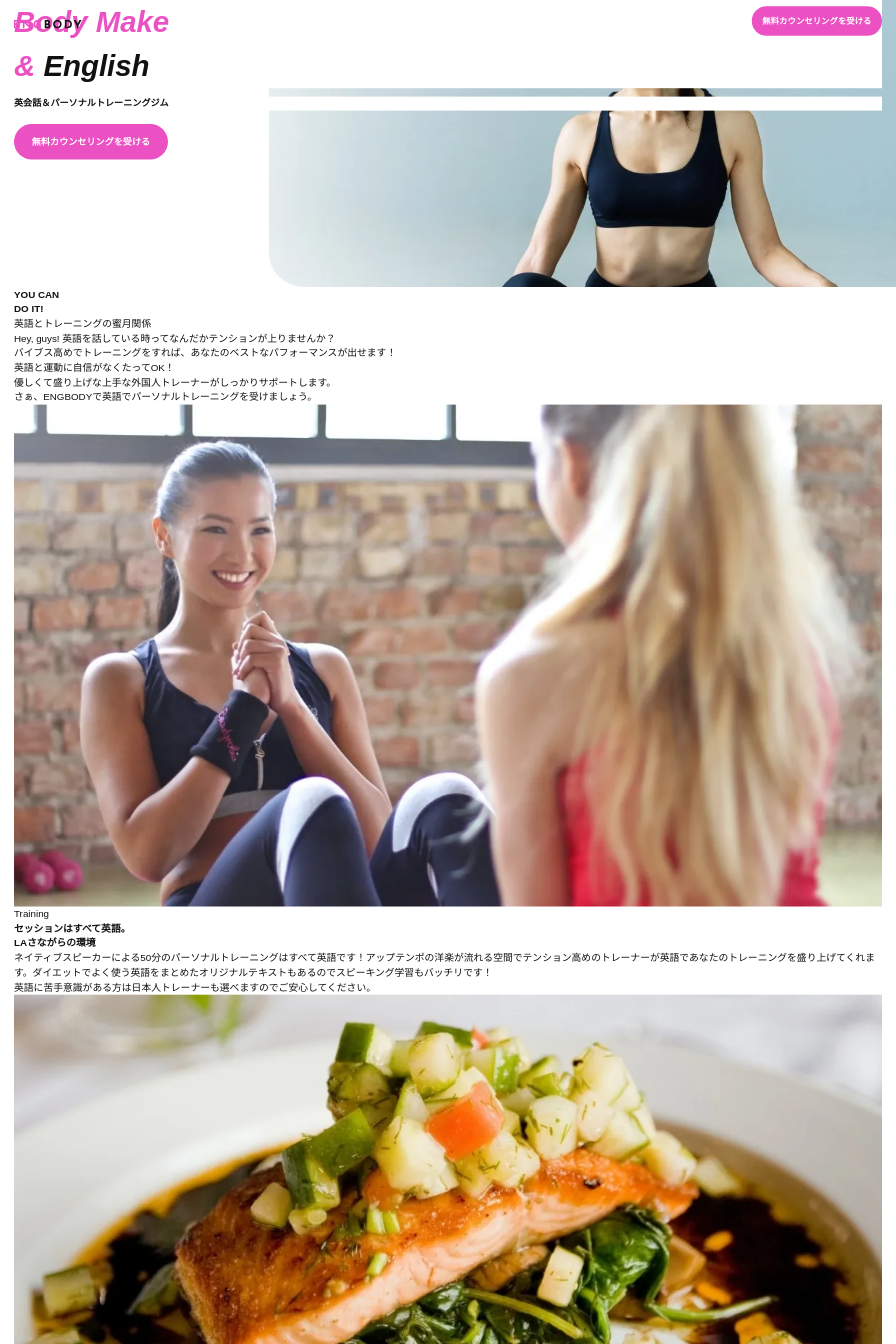
Repository: tetishi/engbody
Page: index.html
The author's editor kept a copy of each file at every save. The page is drawn from the files as they stood at one save, then again after the next save.
The browser window is 1280 px wide. The pictures show the part of the page from y = 0 to 1920 px (the page is 12355 px tall), at 70% of full size.
The style sheet was rebuilt from its Sass, Less or Tailwind sources for each picture, by a compiler version that may differ from the author's.

Above is the page before, as saved 2023-07-26 12:04:10.

### index.html
<!DOCTYPE html>
<html lang="en">
<head>
    <meta charset="UTF-8">
    <meta name="viewport" content="width=device-width, initial-scale=1.0">
    <title>ENGBODY</title>
    <link href="https://fonts.googleapis.com/css2?family=Josefin+Sans:ital,wght@0,400;0,700;1,400;1,700&display=swap" rel="stylesheet">
    <link rel="stylesheet" href="./css/reset.css">
    <link rel="stylesheet" href="./css/style.css">
</head>
<body>
    <header class="header">
        <div class="header-inner">
            <h2 class="nav-title">
                <a href="#">
                    <img src="img/engbody.svg" alt="ENGBODY">
                </a>
            </h2>
            <nav class="header-nav">
                <div class="counseling-btn-top">
                    <a href="#">無料カウンセリングを受ける</a>
                </div>
            </nav>
        </div>
    </header>

    <main>
        <!-- fv -->
        <div class="fv">
            <div class="fv-img"></div>
            <div class="section-inner">
                <h2 class="page-title">
                    <span>Body Make</span><br>
                    <span></span><span>&</span> English
                </h2>
                <div class="page-title-bottom">
                    英会話＆パーソナルトレーニングジム
                </div>
                <div class="counseling-btn">
                    <a href="#">無料カウンセリングを受ける</a>
                </div>
            </div>
        </div>

        <section id="concept" class="section-wrapper">
            <div class="section-outer">
                <div class="section-inner">
                    <h2 class="catchphrase">
                        YOU CAN<br class="sp">
                        DO IT!
                    </h2>
                    <p class="section-under-title">
                        英語とトレーニングの<span class="phrase">蜜月関係</span>
                    </p>
                    <p class="concept-text">
                        Hey, guys! 英語を話している時ってなんだかテンションが上りませんか？<br>
                        バイブス高めでトレーニングをすれば、あなたのベストなパフォーマンスが出せます！<br>
                        英語と運動に自信がなくたってOK！<br>
                        優しくて盛り上げな上手な外国人トレーナーがしっかりサポートします。<br>
                        さぁ、ENGBODYで英語でパーソナルトレーニングを受けましょう。
                    </p>
                    <div class="training-box">
                        <div class="training-img">
                            <picture>
                                <source srcset="img/training.webp" type="image/webp">
                                <img src="img/training.jpg" alt="外国人のパーソナルトレーナーがお客様に英語とトレーニングをサポートしている様子">
                            </picture>
                        </div>
                        <div class="training-text">
                            <p class="training-top">
                                Training
                            </p>
                            <h3 class="training-title">
                                セッションはすべて英語。<br>
                                LAさながらの環境
                            </h3>
                            <p class="training-description">
                                ネイティブスピーカーによる50分のパーソナルトレーニングはすべて英語です！アップテンポの洋楽が流れる空間でテンション高めのトレーナーが英語であなたのトレーニングを盛り上げてくれます。ダイエットでよく使う英語をまとめたオリジナルテキストもあるのでスピーキング学習もバッチリです！<br>
                                英語に苦手意識がある方は日本人トレーナーも選べますのでご安心してください。
                            </p>
                        </div>
                    </div>
                    <div class="food-box">
                        <div class="food-img">
                            <picture>
                                <source srcset="img/food.webp" type="image/webp">
                                <img src="img/food.jpg" alt="低糖質レストラン『LCR』の魚と野菜の盛り合わせメニューの写真">
                            </picture>
                        </div>
                        <div class="food-text">
                            <p class="food-top">
                                Food
                            </p>
                            <h3 class="food-title">
                                低糖質レストランを完備！<br>
                                美味しく食べてダイエット
                            </h3>
                            <p class="food-description">
                                食事制限って大変ですよね......。でも大丈夫！ENGBODY館内には低糖質レストラン『LCR』を完備しています。Low carb（低糖質）なのにとっても美味しい味に驚くはずです！メニューも豊富で飽きさせません。美味しく食べてしっかり痩せる！しかも英語力もアップ！それがENGBODYなのです。
                            </p>
                        </div>
                    </div>
                    <div class="counseling-btn">
                        <a href="#">無料カウンセリングを受ける</a>
                    </div>
                </div>
            </div>

        </section>

        <section class="section-wrapper">
            <div class="section-outer">
                <div class="section-inner">
                    <h2 class="section-title">
                        Our Trainer
                        <span>トレーナー</span>
                    </h2>
                    <div class="select-option">
                        <p class="trainer">
                            トレーナー
                        </p>
                        <p class="staff">
                            スタッフ
                        </p>
                    </div>
                    <ul class="trainer-list">
                        <li class="trainer-item">
                            <picture>
                                <source srcset="img/trainer01.webp" type="image/webp">
                                <img src="img/trainer01.jpg" alt="日本人女性のトレーナーの写真">
                            </picture>
                            <p class="trainer-greeting">
                                こんにちは！英語で楽しくトレーニングしましょう。日本語が話せますのでご安心ください。
                            </p>
                        </li>
                        <li class="trainer-item">
                            <picture>
                                <source srcset="img/trainer02.webp" type="image/webp">
                                <img src="img/trainer02.jpg" alt="外国人女性のトレーナーの写真">
                            </picture>
                            <p class="trainer-greeting">
                                Hello! 筋肉をつけすぎずしなやかな体を作ることが得意です！美しさを磨いていきましょう。
                            </p>
                        </li>
                        <li class="trainer-item">
                            <picture>
                                <source srcset="img/trainer03.webp" type="image/webp">
                                <img src="img/trainer03.jpg" alt="外国人男性のトレーナーの写真">
                            </picture>
                            <p class="trainer-greeting">
                                Hi, 負荷や強度の高いトレーニングがしたいならおまかせてください！どんなご要望もできるかぎり叶えますよ！
                            </p>
                        </li>
                    </ul>
                    <ul class="staff-list">
                        <li class="staff-item">
                            <picture>
                                <source srcset="img/staff01.webp" type="image/webp">
                                <img src="img/staff01.jpg" alt="日本人女性スタッフの写真">
                            </picture>
                            <p class="staff-greeting">
                                ENBODYは明るくてとっても楽しいジムです！みなさんのセッションが楽しくなるようしっかりサポートいたします。
                            </p>
                        </li>
                        <li class="staff-item">
                            <picture>
                                <source srcset="img/staff02.webp" type="image/webp">
                                <img src="img/staff02.jpg" alt="外国人男性スタッフの写真">
                            </picture>
                            <p class="staff-greeting">
                                Hi, please let me know anytime if you have any questions. We will fully support you!
                            </p>
                        </li>
                    </ul>
                </div>
            </div>
        </section>

        <section class="section-wrapper">
            <div class="section-outer">
                <div class="section-inner">
                    <h2 class="section-title">
                        Studio
                        <span>スタジオ</span>
                    </h2>
                    <div class="slide-image">
                        <picture>
                            <source srcset="img/studio01.webp" type="image/webp">
                            <img src="img/studio01.jpg" alt="後ろ姿の女性がトレーニング器具に座って、ダンベルを両手に持ち上げて、スタジオでトレーニングしている写真">
                        </picture>
                        <picture>
                            <source srcset="img/studio02.webp" type="image/webp">
                            <img src="img/studio02.jpg" alt="正面を向いた女性がトレーニング器具に座って、腕を上げてスタジオでトレーニングしている写真">
                        </picture>
                        <picture>
                            <source srcset="img/studio03.webp" type="image/webp">
                            <img src="img/studio03.jpg" alt="後ろ姿の男性がスタジオでバーベルを持ってウエイトトレーニングをしている写真">
                        </picture>
                    </div>
                </div>
            </div>
        </section>

        <section class="section-wrapper">
            <div class="section-outer">
                <div class="section-inner">
                    <h2 class="section-title">
                        Price
                        <span>料金</span>
                    </h2>
                    <ul class="price-list">
                        <li class="price-item">
                            <div class="price-box">
                                <p class="course">
                                    週１コース
                                </p>
                                <h3 class="course-price">
                                    ¥20,000
                                </h3>
                                <p class="admission-fee">
                                    （入会金 ¥10000）
                                </p>
                            </div>
                            <div class="rental-box">
                                <p class="course-top">
                                    レンタル
                                </p>
                                <p class="course-text">
                                    タオル、ウェア、プロテイン無料
                                </p>
                            </div>
                            <div class="restaurant-box">
                                <p class="course-top">
                                    レストラン
                                </p>
                                <p class="course-text">
                                    使用不可
                                </p>
                            </div>
                            <div class="diet-box">
                                <p class="course-top">
                                    食事指導
                                </p>
                                <p class="course-text">
                                    無し
                                </p>
                            </div>
                        </li>
                        <li class="price-item">
                            <p class="recommend">
                                オススメ！
                            </p>
                            <div class="price-box">
                                <p class="course">
                                    週２コース
                                </p>
                                <h3 class="course-price">
                                    ¥40,000
                                </h3>
                                <p class="admission-fee">
                                    （入会金 ¥10000）
                                </p>
                            </div>
                            <div class="rental-box">
                                <p class="course-top">
                                    レンタル
                                </p>
                                <p class="course-text">
                                    タオル、ウェア、プロテイン無料
                                </p>
                            </div>
                            <div class="restaurant-box">
                                <p class="course-top">
                                    レストラン
                                </p>
                                <p class="course-text">
                                    使用可
                                </p>
                            </div>
                            <div class="diet-box">
                                <p class="course-top">
                                    食事指導
                                </p>
                                <p class="course-text">
                                    有り
                                </p>
                            </div>
                        </li>
                        <li class="price-item">
                            <div class="price-box">
                                <p class="course">
                                    無制限
                                </p>
                                <h3 class="course-price">
                                    ¥70,000
                                </h3>
                                <p class="admission-fee">
                                    （入会金 ¥10000）
                                </p>
                            </div>
                            <div class="rental-box">
                                <p class="course-top">
                                    レンタル
                                </p>
                                <p class="course-text">
                                    タオル、ウェア、プロテイン無料
                                </p>
                            </div>
                            <div class="restaurant-box">
                                <p class="course-top">
                                    レストラン
                                </p>
                                <p class="course-text">
                                    使用可
                                </p>
                            </div>
                            <div class="diet-box">
                                <p class="course-top">
                                    食事指導
                                </p>
                                <p class="course-text">
                                    有り
                                </p>
                            </div>
                        </li>
                    </ul>
                </div>
            </div>
        </section>

        <section class="section-wrapper">
            <div class="section-outer">
                <div class="section-inner">
                    <h2 class="section-title">
                        FAQ
                        <span>よくあるご質問</span>
                    </h2>
                    <div class="faq-box">
                        <details class="faq-item">
                            <summary class="faq-top-text">
                                見学や体験は可能ですか？
                            </summary>
                            <p class="faq-bottom-text">
                                無料カウンセリングの際に見学が可能です。フォームに見学・体験希望の欄がございますので内容をご確認しチェックを入れてください。
                            </p>
                        </details>
                        <details class="faq-item">
                            <summary class="faq-top-text">
                                用意するものは何がありますか？
                            </summary>
                            <p class="faq-bottom-text">
                                シューズをご持参ください。ウェアとタオルは無料でレンタルが可能です。
                            </p>
                        </details>
                        <details class="faq-item">
                            <summary class="faq-top-text">
                                シャワールームはありますか？
                            </summary>
                            <p class="faq-bottom-text">
                                5つのシャワールームがございます。ボディソープ・シャンプー・リンスなどのアメニティやドライヤーもご用意しております。
                            </p>
                        </details>
                    </div>
                </div>
            </div>
        </section>

        <div class="free-counseling">
            <picture>
                <source srcset="img/sp_counseling_top.webp" type="image/webp">
                <img src="img/sp_counseling_top.jpg" alt="アジア人、黒人、白人の女性3人がトレーニングウェアを着て肩を組んで笑顔でこちらを見ている写真">
            </picture>
            <div class="counseling-container">
                <h3 class="invite-message">
                    Come join us!! 😊
                </h3>
                <div class="counseling-btn white">
                    <a href="#">無料カウンセリングを受ける</a>
                </div>
            </div>
        </div>

    </main>
    <footer class="footer">
        <div class="footer-text">
            ENGBODY
        </div>
    </footer>

    <a href="#" class="pagetop">
        <div class="pagetop-arrow">
            <i class="fas fa-angle-up"></i>
        </div>
    </a>
</body>
</html>

### css/reset.css
/*
html5doctor.com Reset Stylesheet
v1.6.1
Last Updated: 2010-09-17
Author: Richard Clark - http://richclarkdesign.com
Twitter: @rich_clark
*/

* {
    box-sizing: border-box;
}

html,
body,
div,
span,
object,
iframe,
h1,
h2,
h3,
h4,
h5,
h6,
p,
blockquote,
pre,
abbr,
address,
cite,
code,
del,
dfn,
em,
img,
ins,
kbd,
q,
samp,
small,
strong,
sub,
sup,
var,
b,
i,
dl,
dt,
dd,
ol,
ul,
li,
fieldset,
form,
label,
legend,
table,
caption,
tbody,
tfoot,
thead,
tr,
th,
td,
article,
aside,
canvas,
details,
figcaption,
figure,
footer,
header,
hgroup,
menu,
nav,
section,
summary,
time,
mark,
ruby,
audio,
video {
    margin: 0;
    padding: 0;
    border: 0;
    outline: 0;
    font-size: 100%;
    vertical-align: baseline;
    background: transparent;
}

body {
    line-height: 1.5;
}

img {
    width: 100%;
    height: auto;
    object-fit: cover;
}

button {
    background-color: transparent;
    border: none;
    cursor: pointer;
    outline: none;
    padding: 0;
    appearance: none;
}

article,
aside,
details,
figcaption,
figure,
footer,
header,
hgroup,
menu,
nav,
section {
    display: block;
}

nav ul {
    list-style: none;
}

li {
    list-style: none;
}

a {
    margin: 0;
    padding: 0;
    font-size: 100%;
    vertical-align: baseline;
    background: transparent;
}

input,
select {
    vertical-align: middle;
}

/*end reset css*/

### img/engbody.svg
<svg xmlns="http://www.w3.org/2000/svg" width="96.7" height="12.36" viewBox="0 0 96.697 12.356">
  <g id="Group_1" data-name="Group 1" transform="translate(-34.435 -35.05)">
    <path id="Path_13" data-name="Path 13" d="M-41.472-16.8a3.73,3.73,0,0,1,1.459,1.093,2.471,2.471,0,0,1,.524,1.559A2.878,2.878,0,0,1-40.674-11.6a5.1,5.1,0,0,1-2.957.814H-47.58V-22.2H-44.1a5.2,5.2,0,0,1,2.965.737,2.422,2.422,0,0,1,1.08,2.132,2.946,2.946,0,0,1-.371,1.5A2.77,2.77,0,0,1-41.472-16.8Zm-3.771-.729h1.418a1.3,1.3,0,0,0,1-.38,1.323,1.323,0,0,0,.355-.938,1.029,1.029,0,0,0-.4-.876,1.816,1.816,0,0,0-1.112-.3h-1.257Zm1.5,4.653a2.475,2.475,0,0,0,1.33-.318,1.051,1.051,0,0,0,.508-.954q0-1.21-2-1.21h-1.338v2.481Zm8.123-3.6a5.518,5.518,0,0,1,.814-2.9A6.036,6.036,0,0,1-32.6-21.521a5.975,5.975,0,0,1,3.022-.8,5.975,5.975,0,0,1,3.022.8,6.165,6.165,0,0,1,2.224,2.148,5.438,5.438,0,0,1,.83,2.9,5.413,5.413,0,0,1-.83,2.916,6.083,6.083,0,0,1-2.224,2.117,6.067,6.067,0,0,1-3.022.783,6.054,6.054,0,0,1-3.03-.783,5.973,5.973,0,0,1-2.2-2.117A5.493,5.493,0,0,1-35.622-16.473Zm2.417,0a3.551,3.551,0,0,0,.492,1.83,3.628,3.628,0,0,0,1.338,1.326,3.687,3.687,0,0,0,1.878.489,3.5,3.5,0,0,0,1.821-.489,3.517,3.517,0,0,0,1.289-1.318,3.68,3.68,0,0,0,.467-1.838,3.655,3.655,0,0,0-.483-1.861,3.6,3.6,0,0,0-1.313-1.326,3.57,3.57,0,0,0-1.845-.489,3.57,3.57,0,0,0-1.845.489,3.6,3.6,0,0,0-1.313,1.326A3.655,3.655,0,0,0-33.2-16.473ZM-18.909-22.2h3.546a7.413,7.413,0,0,1,3.739.845A5.2,5.2,0,0,1-9.49-19.164a6.36,6.36,0,0,1,.669,2.877,5.253,5.253,0,0,1-.806,2.9,5.34,5.34,0,0,1-2.168,1.931,6.641,6.641,0,0,1-2.99.675h-4.126Zm3.723,9.243a4.324,4.324,0,0,0,2.885-.9,3.2,3.2,0,0,0,1.064-2.59,3.609,3.609,0,0,0-.588-2.171A3.138,3.138,0,0,0-13.2-19.73a4.006,4.006,0,0,0-1.475-.31h-1.9v7.088ZM4.83-22.2.381-14.333v3.552H-1.955v-3.552L-6.323-22.2h2.885l2.724,5.273L1.945-22.2Z" transform="translate(126.302 57.708)" fill="#111"/>
    <path id="Path_14" data-name="Path 14" d="M-27.475-22.5v2.176h-5.753v2.44h5.093v2.176h-5.093v2.471h5.979v2.176h-8.316V-22.5Zm15.584,0v11.9h-.064l-8.3-7.227.048,6.761h-2.369V-22.95h.1l8.284,7.336-.048-6.885ZM3.049-12.211a3.177,3.177,0,0,1-.975.583,8.934,8.934,0,0,1-1.547.5,6.932,6.932,0,0,1-1.539.194,7.366,7.366,0,0,1-3.312-.707,5.264,5.264,0,0,1-2.2-1.958A5.311,5.311,0,0,1-7.3-16.454a6.568,6.568,0,0,1,.822-3.4,5.253,5.253,0,0,1,2.208-2.083,6.761,6.761,0,0,1,3.062-.692,8.506,8.506,0,0,1,2.031.233,7.636,7.636,0,0,1,1.676.606l-.757,2.1a5.979,5.979,0,0,0-1.281-.458A5.645,5.645,0,0,0-.9-20.355a4.244,4.244,0,0,0-2.957.933A3.556,3.556,0,0,0-4.88-16.656a3.356,3.356,0,0,0,.5,1.842,3.241,3.241,0,0,0,1.394,1.2,4.746,4.746,0,0,0,2.039.42,3.468,3.468,0,0,0,1.628-.3v-1.383H-1.367v-2.176H3.049Z" transform="translate(70 58)" fill="#eb51c2"/>
  </g>
</svg>

### css/style.scss
/* base */

html {
    font-size: 62.5%;
}
body {
    font-size: 1.4rem;
    font-family: 'Hiragino Sans', sans-serif;
    color: #111111;
}
h2 h3 {
    font-family: 'Josefin Sans', sans-serif;
}
img {
    vertical-align: bottom;
}
.section-inner {
    padding: 0 20px;
    // margin: 0 auto;
}
.section-title {
    font-size: 4rem;
    &:nth-of-type(2) {
        font-size: 3.2rem;
    }
    &:nth-of-type(odd) {
        color: #fff;
    }
    span {
        font-size: 1.4rem;
        margin-bottom: 30px;
        &:last-of-type {
            margin-bottom: 35px;
        }
    }
}
a {
    color: inherit;
    text-decoration: none;
}

// header
.header {
    position: fixed;
    width: 100%;
    top: 0;
    left: 0;
    z-index: 999;
}
.header-inner {
    display: flex;
    justify-content: space-between;
    align-items: center;
    height: 60px;
    padding: 0 20px;
}
.counseling-btn-top {
    font-weight: bold;
    color: #fff;
    font-size: 1.2rem;
    width: 186px;
    background-color: #EB51C2;
    text-align: center;
    vertical-align: middle;
    border-radius: 50px;
    padding: 12px 15px;
}

//fv
.fv {
    height: 410px;
    position: relative;
}
.fv-img {
    background-image: url(../img/bg_mv.webp);
    background-position: center;
    background-size: cover;
    background-repeat: no-repeat;
    border-radius: 0 0 0 50px;
    position: absolute;
    top: 0;
    right: 0;
    width: 70%;
    height: 410px;
    z-index: -1;
}
.page-title {
    font-size: 4.2rem;
    font-style: italic;
    background-color: #fff;
    span {
        color: #EB51C2;
    }
}
.page-title-bottom {
    font-size: 1.3rem;
    font-weight: bold;
    margin: 12px 0 19px;
    background-color: #fff;
}
.counseling-btn {
    font-weight: bold;
    color: #fff;
    font-size: 1.3rem;
    width: 220px;
    background-color: #EB51C2;
    text-align: center;
    vertical-align: middle;
    border-radius: 50px;
    padding: 16px 25px;
}

After the next save:
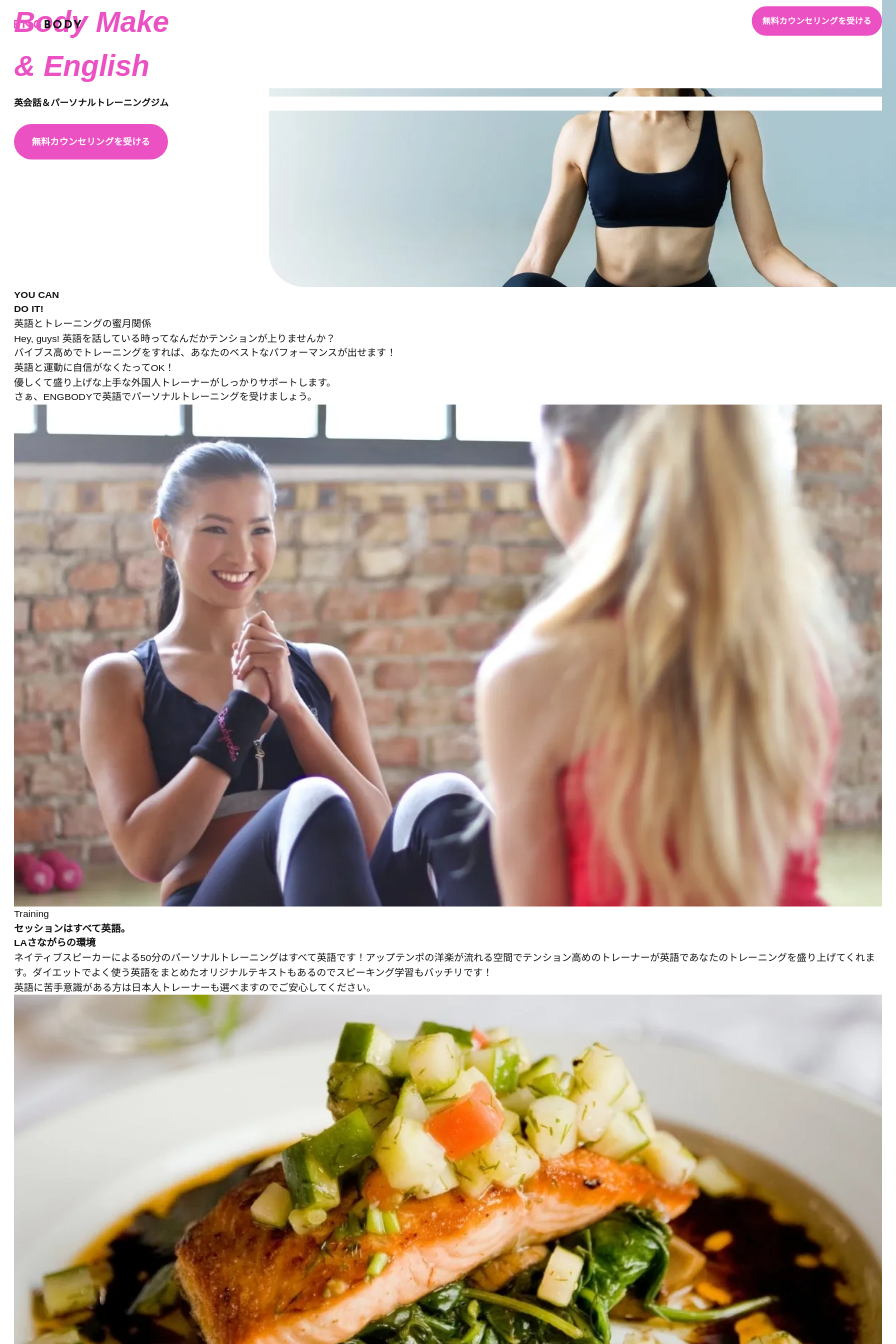
Saved 7 s later.
--- a/index.html
+++ b/index.html
@@ -31,7 +31,7 @@
             <div class="section-inner">
                 <h2 class="page-title">
                     <span>Body Make</span><br>
-                    <span></span><span>&</span> English
+                    <span><span>&</span> English
                 </h2>
                 <div class="page-title-bottom">
                     英会話＆パーソナルトレーニングジム
